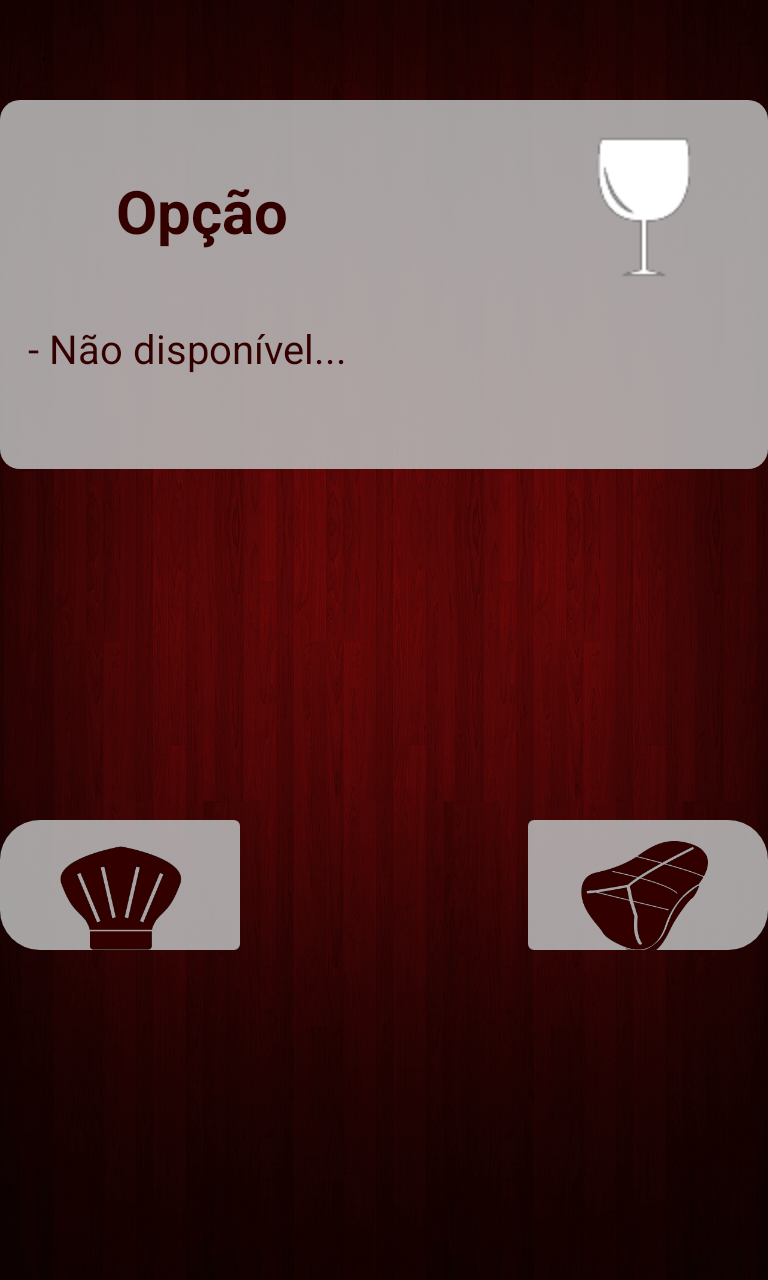
Repository: LuisFilipeDias/eMenu
Layout: SideMenuTutorial/res/layout/display_fragment.xml
The author's editor kept a copy of each file at every save. The layout is drawn from the files as they stood at one save, then again after the next save.
It is drawn on a 768 x 1280 px phone screen (xhdpi) without system bars, with theme Theme.Sherlock; the app's code is not run.

Above is the layout before, as saved 2013-12-23 19:17:31.

After the next save:
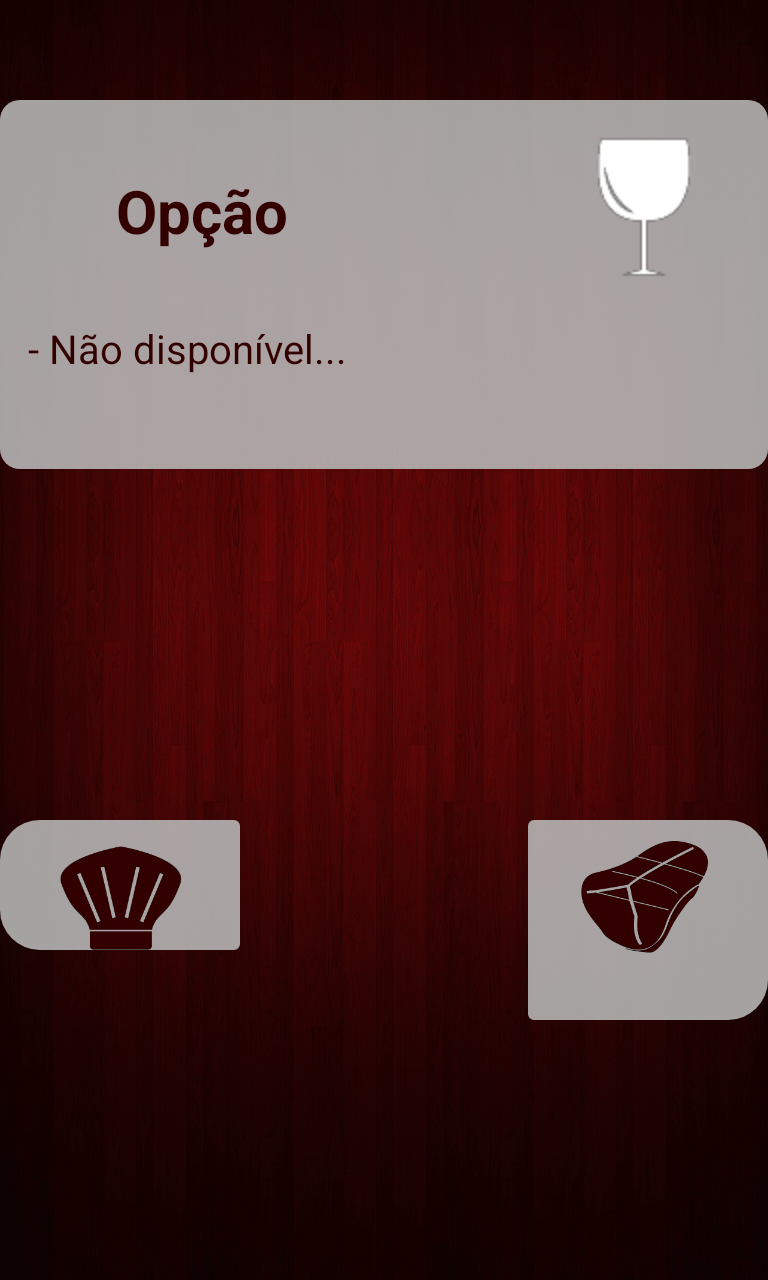
Saved 54 s later.
--- a/SideMenuTutorial/res/layout/display_fragment.xml
+++ b/SideMenuTutorial/res/layout/display_fragment.xml
@@ -111,7 +111,7 @@
                     android:textColor="@color/brown"
 	                android:textStyle="bold"
 	                android:layout_width="120dp"
-	                android:layout_height="65dp"
+	                android:layout_height="100dp"
 	                android:background="@drawable/right_tri_clicked"
 	                android:orientation="vertical"
 	                android:layout_alignParentRight="true"
